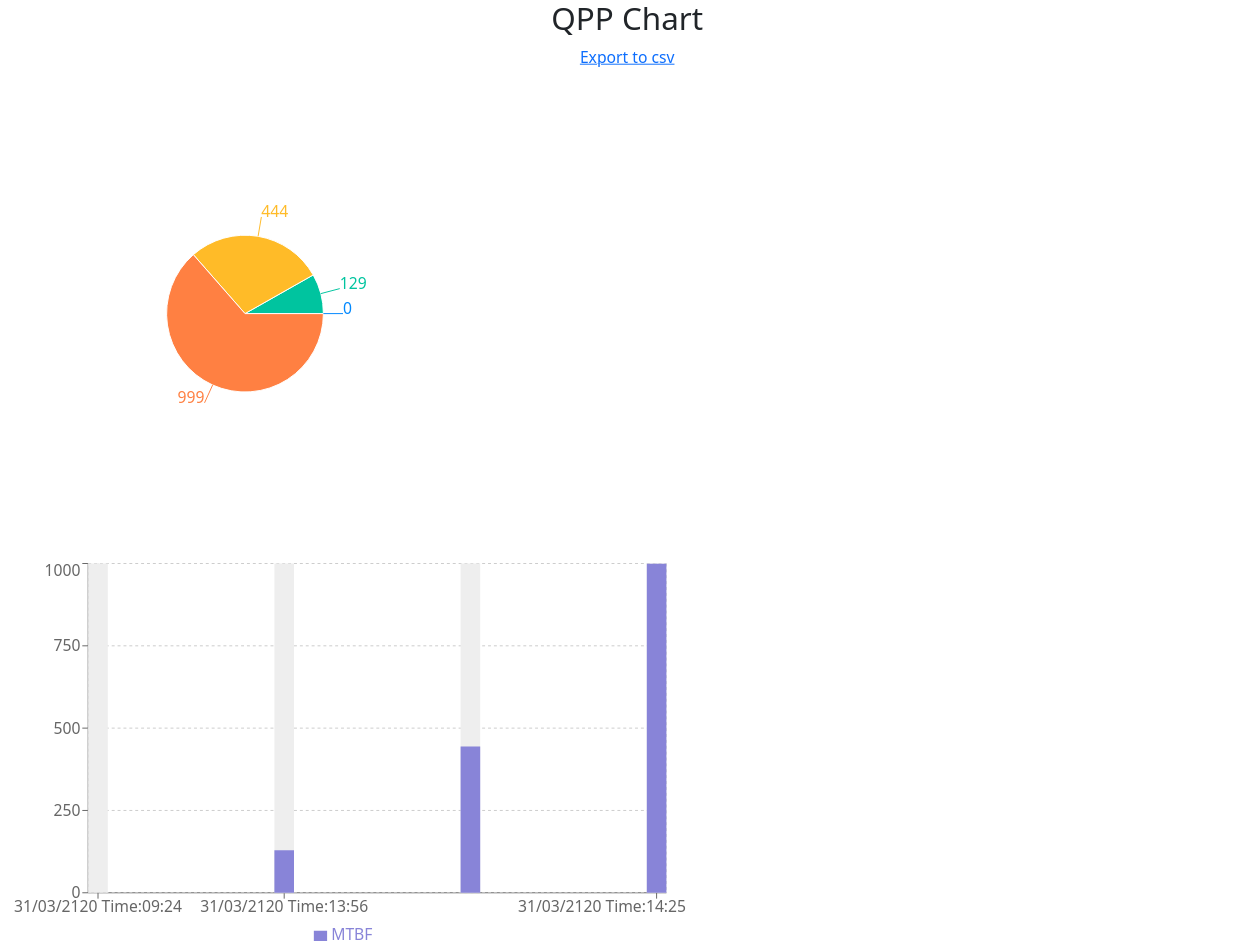
Repository: exiled-kal/ReactChartPrac
Page: /
The author's editor kept a copy of each file at every save. The page is drawn from the files as they stood at one save, then again after a run of saves.
The browser window is 1280 px wide. The pictures show the whole page, at 98% of full size.
The project was rebuilt for these pictures with package versions that can differ from the ones it lists, and the page was loaded fresh each time.

Above is the page before, as saved 2021-04-18 15:49:14.

After the next 2 saves:
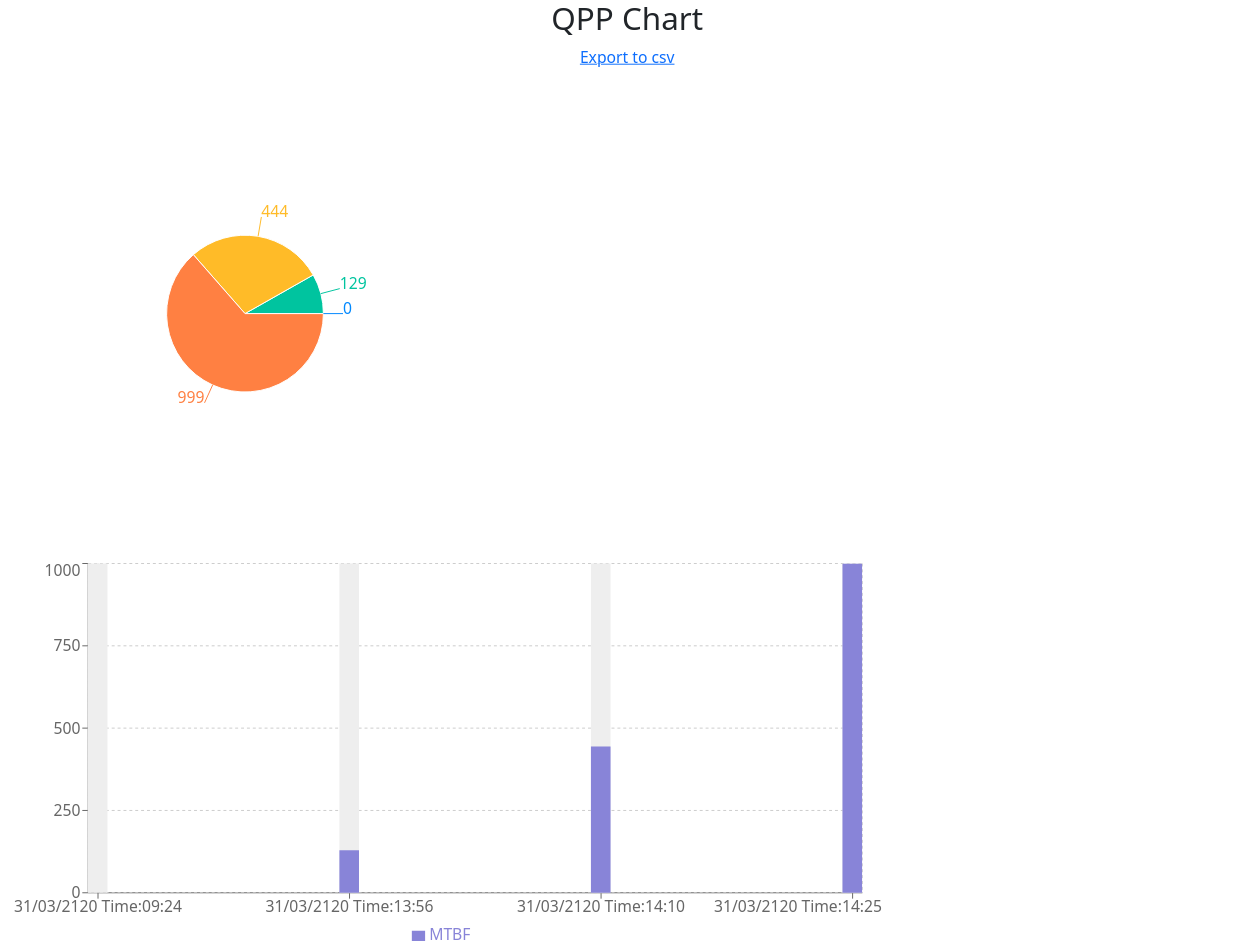
The 2 saves are shown as one change because they came seconds apart.
The last was saved 8 s later.
--- a/src/App.js
+++ b/src/App.js
@@ -125,7 +125,7 @@ function App() {
           <Tooltip />
         </PieChart>
         <BarChart
-          width={700}
+          width={900}
           height={400}
           data={data}
           margin={{
